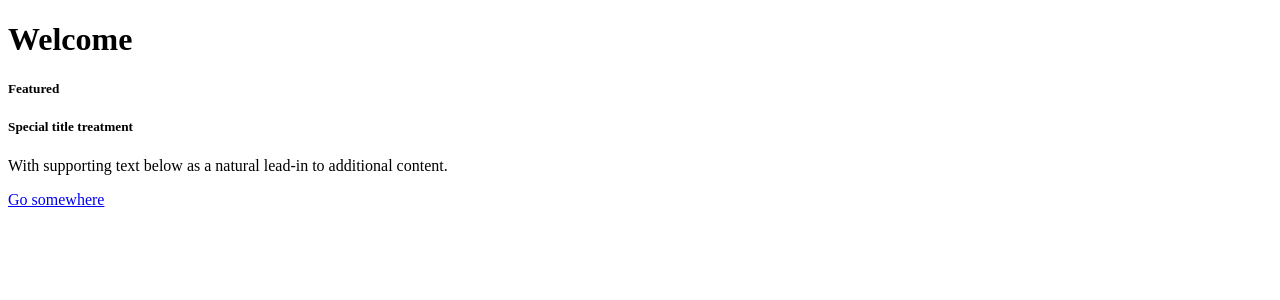
Repository: acciojob/bootstrap-card-vandanayadav15
Page: main.html
These files come from the project's save history. The page is drawn as it stood at one moment and after a run of saves; the edit follows.
The browser window is 1280 px wide. The pictures show the whole page.

Above is the page before, as saved 2022-10-28 17:40:07.

After the next 3 saves:
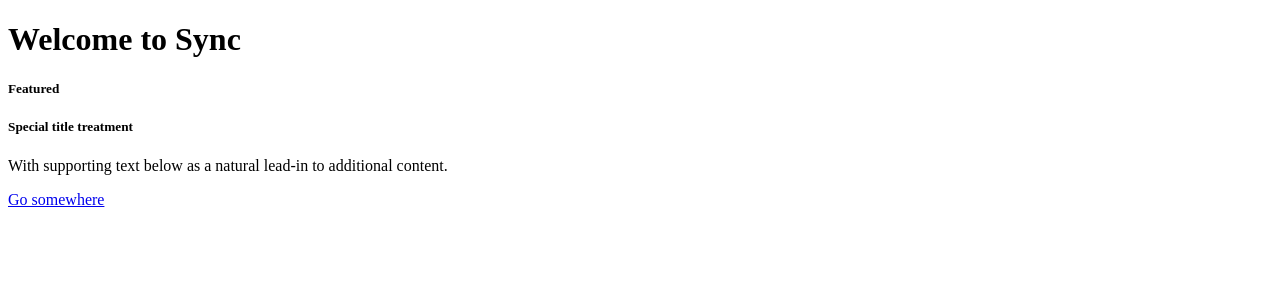
The 3 saves are shown as one change because they came seconds apart.
The last was saved 16 s later.
--- a/main.html
+++ b/main.html
@@ -8,7 +8,7 @@
 
 <body>
 	<!-- the entire body must be written by student -->
-	<h1>Welcome </h1>
+	<h1>Welcome to Sync</h1>
 	<div class="card">
 		<h5 class="card-header">Featured</h5>
 		<div class="card-body">
